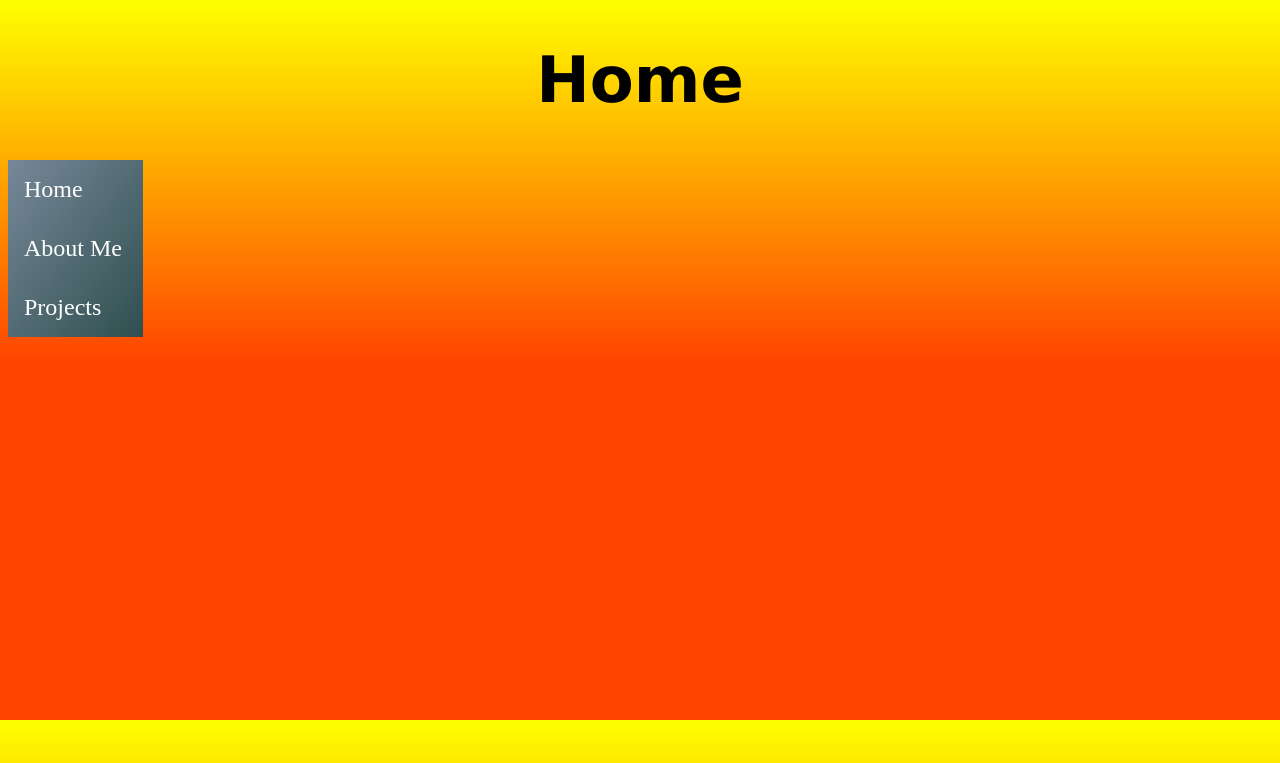
Repository: brody-toth/brody-toth.github.io
Page: project2.html
The author's editor kept a record of every edit. The page is drawn from the files as they stood at one moment, then again after the next edit.
The browser window is 1280 px wide. The pictures show the whole page.

Above is the page before.

### project2.html
<!DOCTYPE html>
<html>

  <head>
    <title>Project 2</title>
    <link rel="stylesheet" href="style.css" type="text/css">
  </head>

  <body>

    <h1 class="header">Home</h1>

    <ul class="navbar">
      <li><a href="home.html">Home</a></li>
      <li><a href="about-me.html">About Me</a></li>
      <li class = "dropdown">
        <div>Projects</div>
        <ul class="dropdown-content">
          <li><a href="project1.html">Project 1</a></li>
          <li class="active"><a href="project2.html">Project 2</a></li>
          <li><a href="project3.html">Project 3</a></li>
        </ul>
      </li>
    </ul>

  </body>

</html>

### style.css
html, body{
    height: 100%;
}

body{
    background-image: linear-gradient(to bottom, yellow, orangered 50%);
}

.navbar{
    list-style: none;
    background-image: linear-gradient(to bottom right, lightslategray, darkslategray);
    width: 135px;
    overflow: hidden;
    padding: 0;
}
.navbar a, .dropdown div{
    text-decoration: none;
    color: white;
    font-size: 24px;
    padding: 16px;
    display: inline-block;
}
.navbar div{
    width: 135px;
}
.navbar li:hover{
    background-color: slategray;
}
.dropdown-content{
    list-style: none;
    padding: 0;
    display: none;
    position: absolute;
    z-index: 2;
    background-image: linear-gradient(to bottom right, lightslategray, darkslategray);
}
.dropdown:hover .dropdown-content{
    display: block;
}
.active{
    background-image: linear-gradient(to right, gray, dimgray)
}

.header{
    text-align: center;
    font-family: "Lucida Sans Unicode", "Lucida Grande", sans-serif;
    font-size: 64px;
}

After the next edit:
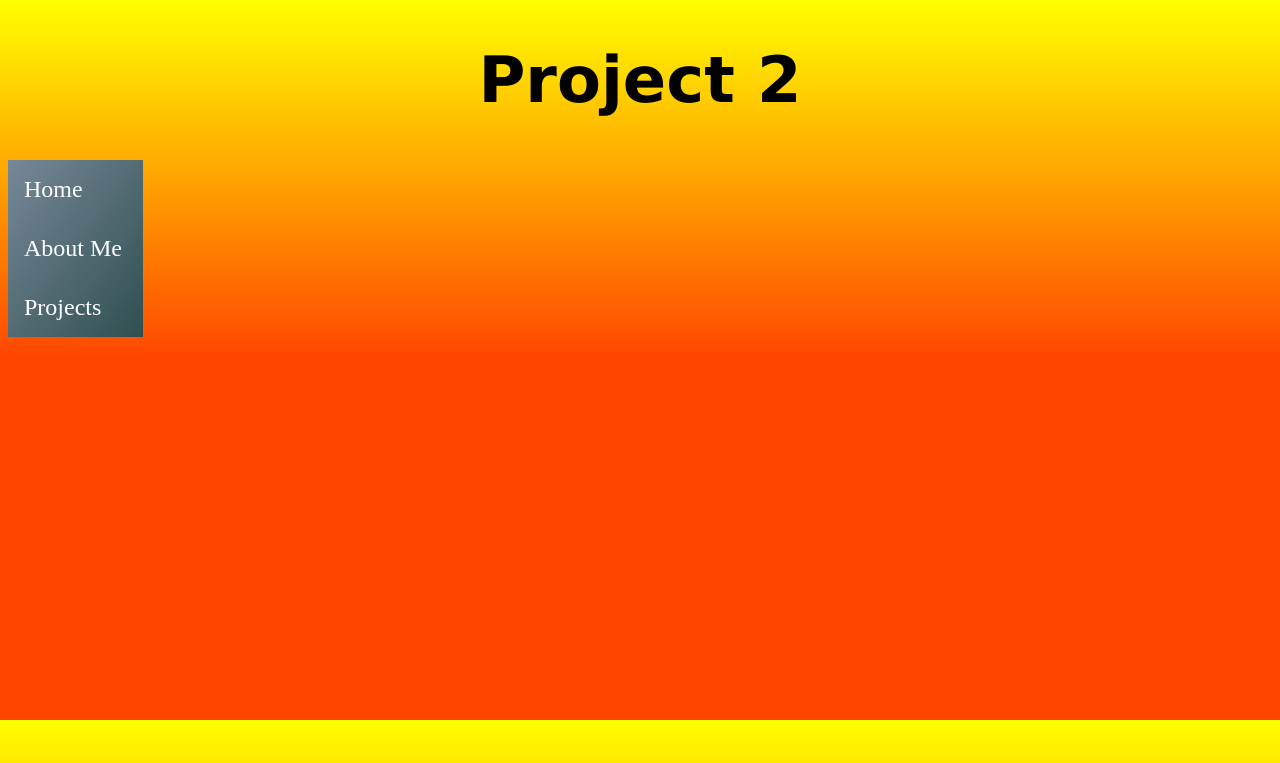
The edit:
--- a/project2.html
+++ b/project2.html
@@ -8,7 +8,7 @@
 
   <body>
 
-    <h1 class="header">Home</h1>
+    <h1 class="header">Project 2</h1>
 
     <ul class="navbar">
       <li><a href="home.html">Home</a></li>
